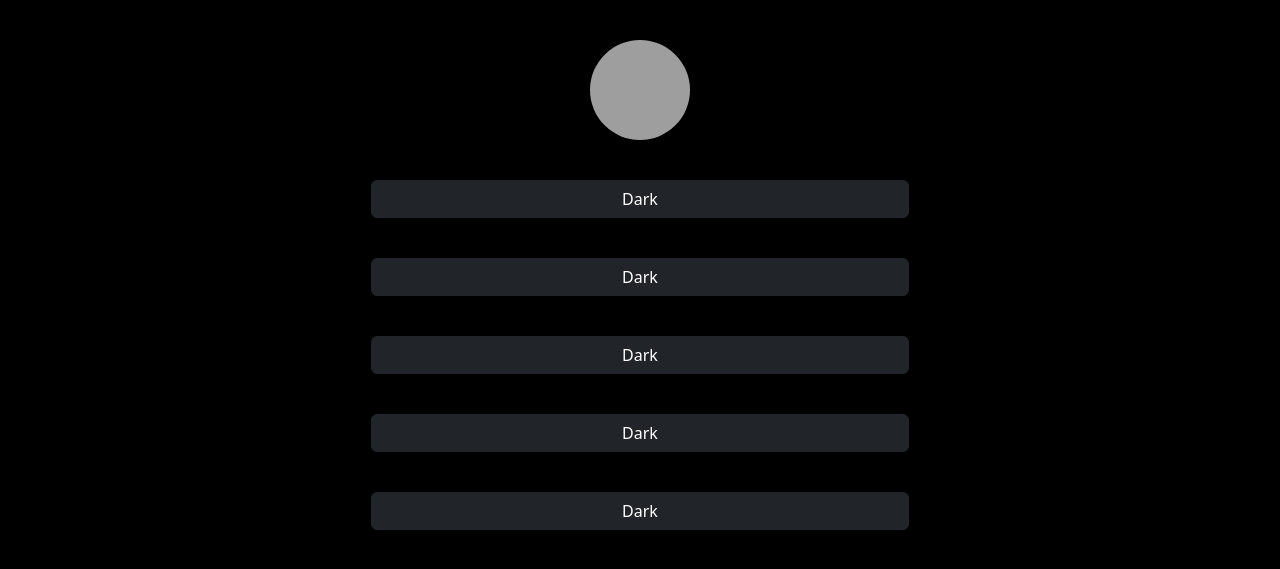
Repository: noahcallen/LAB-link-in-bio
Page: index.html
These files come from the project's save history. The page is drawn as it stood at one moment and after the next save; the edit follows.
The browser window is 1280 px wide. The pictures show the whole page.
Pictures or frames that could not be fetched are drawn as grey boxes.

Above is the page before, as saved 2024-07-13 13:05:17.

After the next save:
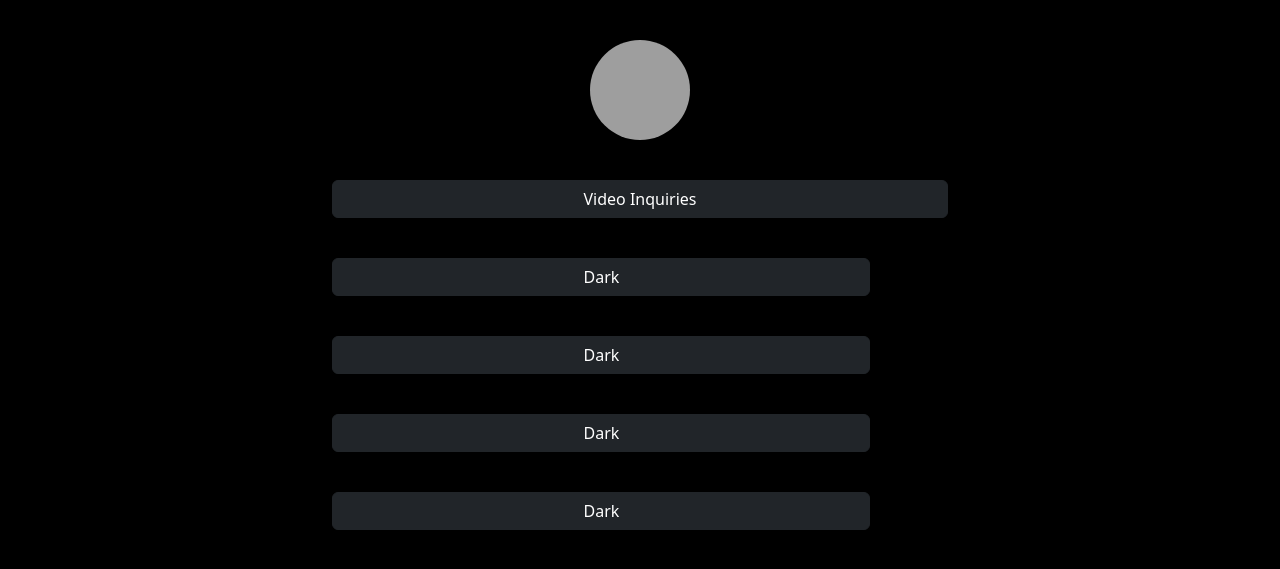
Saved 5 min 30 s later.
--- a/index.html
+++ b/index.html
@@ -12,7 +12,7 @@
       <img src="https://avatars.githubusercontent.com/u/136144179?v=4" class="card-img-top" >
     <div class="row">
       <div class="col">
-        <button type="button" class="btn btn-dark">Dark</button>
+        <button type="button" class="btn btn-dark">Video Inquiries</button>
         <button type="button" class="btn btn-dark">Dark</button>
         <button type="button" class="btn btn-dark">Dark</button>
         <button type="button" class="btn btn-dark">Dark</button>
